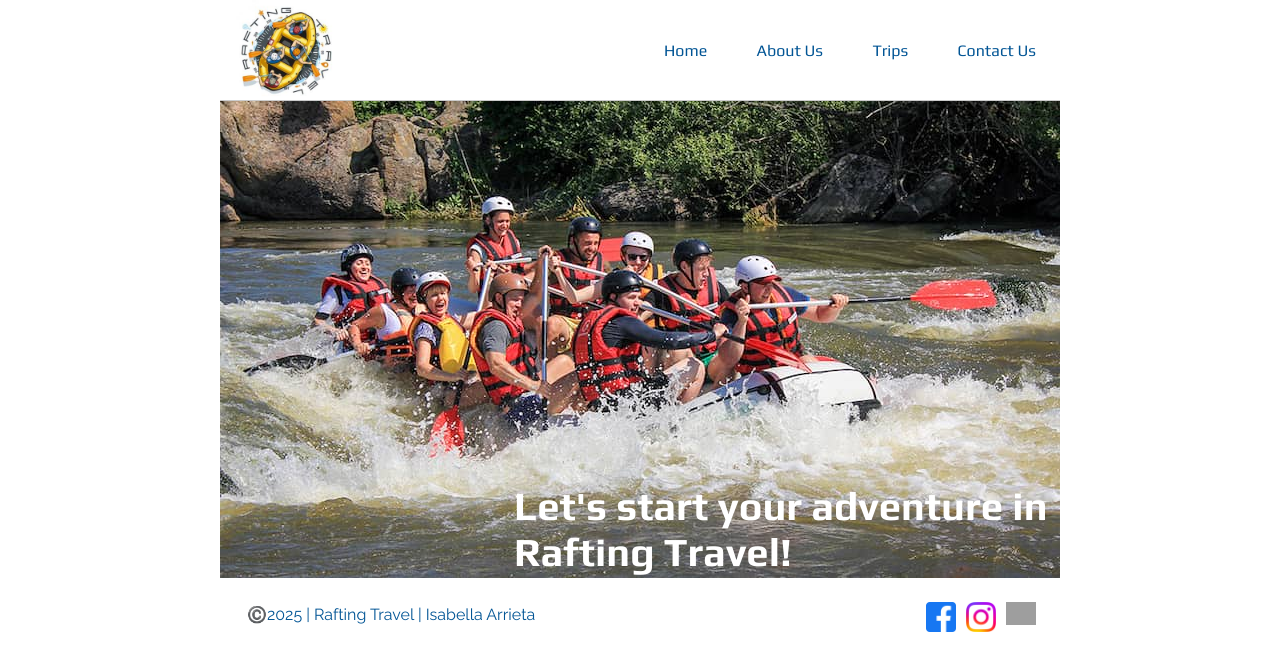
Repository: isaAJ05/wdd130
Page: wwr/index.html
The author's editor kept a copy of each file at every save. The page is drawn from the files as they stood at one save, then again after a run of saves.
The browser window is 1280 px wide. The pictures show the whole page.
Pictures or frames that could not be fetched are drawn as grey boxes.

Above is the page before, as saved 2025-06-16 20:04:43.

After the next 2 saves:
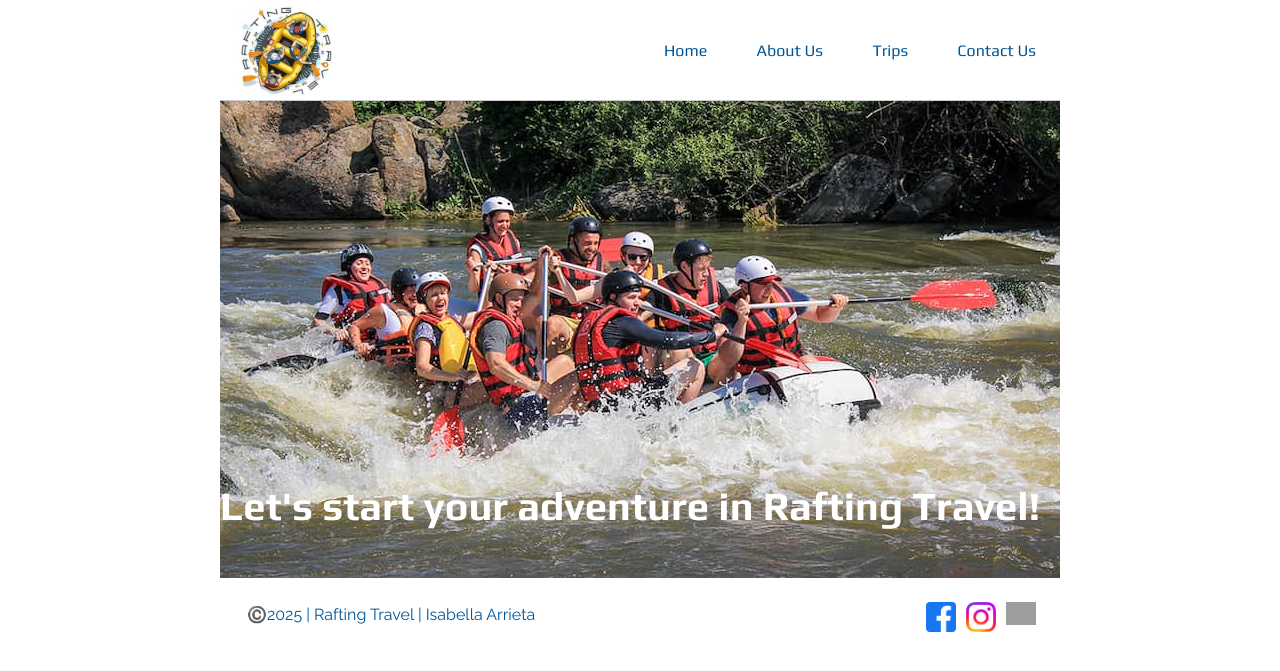
The 2 saves are shown as one change because they came seconds apart.
The last was saved 8 s later.
--- a/wwr/styles/rafting.css
+++ b/wwr/styles/rafting.css
@@ -469,7 +469,6 @@ input[type="radio"]{
 .hero h1 {
   position: absolute;
   top: 80%;
-  left: 35%;
   color: white;
   font-size: 2.5rem;
 }
